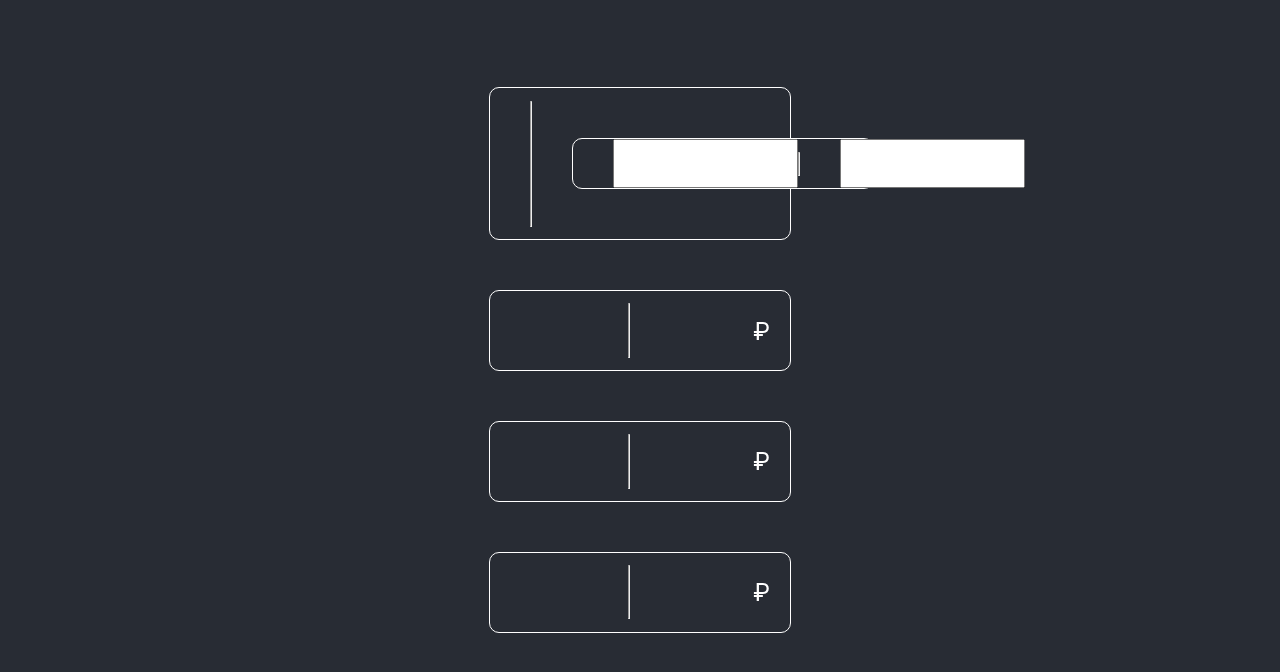
Repository: bandikost/capers
Page: /main
These files come from the project's save history. The page is drawn as it stood at one moment and after the next save; the edit follows.
The browser window is 1280 px wide. The pictures show the whole page.
The page's requests for data from a server got no answer. The project was rebuilt for these pictures with package versions that can differ from the ones it lists, and the page was loaded fresh each time. No one was signed in, and anything a server would have sent is missing.

Above is the page before, as saved 2023-04-10 12:52:09.

### src/App.js
import logo from './logo.svg';
import './App.css';
import { BrowserRouter, Routes, Route } from "react-router-dom";
import Main from './components/Main';



function App() {
  return (
    <div className="App">
      <header className="App-header">
      <BrowserRouter >
        <Routes>
            <Route path='/main' element={<Main />}/>

        </Routes>
      </BrowserRouter>
      </header>
    </div>
  );
}

export default App;

### src/App.css
.App {
  text-align: center;
}

.App-logo {
  height: 40vmin;
  pointer-events: none;
}


.App-header {
  background-color: #282c34;
  min-height: 100vh;
  display: flex;
  flex-direction: column;
  align-items: center;
  justify-content: center;
  font-size: calc(10px + 2vmin);
  color: white;
}

.App-link {
  color: #61dafb;
}


.table {
  height: auto;
  margin: 0 auto 0;
}

.cell {
  border: 1px solid white;
  border-radius: 10px;
  width: 300px;
  margin: 50px 0px;
  display: flex;
  justify-content: space-between;
}

.cell p {
  padding: 0 20px;
}

### src/components/Main.jsx
import React, { useState, useEffect } from "react";
import firebase from "../firebase";
import UserInput from "./UserInput";

export const Main = () => {
  const [name, setName] = useState({});
  const [balance, setbalance] = useState({});

  useEffect(() => {
    const balanceRef = firebase.database().ref("balance");
    balanceRef.on("value", (snapshot) => {
      const data = snapshot.val();
      setbalance(data);
    });

    const nameRef = firebase.database().ref("name");
    nameRef.on("value", (snapshot) => {
      const data = snapshot.val();
      setName(data);
    });
  }, []);

  const getHighestBalanceUser = () => {
    const users = Object.keys(balance);
    let highestBalance = -Infinity;
    let highestBalanceUser = "";
    users.forEach((user) => {
      if (balance[user] > highestBalance) {
        highestBalance = balance[user];
        highestBalanceUser = user;
      }
    });
    return highestBalanceUser;
  };

  return (
    <div className="table">
      <div className="cell">
        <p>{name.user1}</p>
        <hr />
        <p>{balance.user1}</p>
        <UserInput userId="user1" name={name.user1} balance={balance.user1} />
      </div>
      <div className="cell">
        <p>{name.user2}</p>
        <hr />
        <p>{balance.user2}<span style={{marginLeft: "5px"}}>₽</span></p>
      </div>
      <div className="cell">
        <p>{name.user3}</p>
        <hr />
        <p>{balance.user3}<span style={{marginLeft: "5px"}}>₽</span></p>
      </div>
      <div className="cell">
        <p>{name.user4}</p>
        <hr />
        <p>{balance.user4}<span style={{marginLeft: "5px"}}>₽</span></p>

        </div>
        </div>

  )
}
  export default Main;

### src/firebase.js

import "firebase/database";
import firebase from "firebase/compat/app";
import "firebase/compat/database";
import { getAuth } from "firebase/auth";
import { getFirestore } from "firebase/firestore";
import { getStorage, ref } from "firebase/storage";


const firebaseConfig = {
    apiKey: "AIzaSyBp1x8lQCSbuPwbK_sXJ7eGkGpN9c7ONY8",
    authDomain: "capers-a3171.firebaseapp.com",
    databaseURL: "https://capers-a3171-default-rtdb.europe-west1.firebasedatabase.app",
    projectId: "capers-a3171",
    storageBucket: "capers-a3171.appspot.com",
    messagingSenderId: "794243042023",
    appId: "1:794243042023:web:668504b8bdcbe9b7c63042",
    measurementId: "G-7YW48MQCSP"
  };

firebase.initializeApp(firebaseConfig);

export const auth = getAuth();
export const storage = getStorage()
export const db = getFirestore();
export default firebase;

### src/components/UserInput.js
import React, { useState } from "react";

const UserInput = ({ user, name, balance, onChange }) => {
  const [inputName, setInputName] = useState(name);
  const [inputBalance, setInputBalance] = useState(balance);

  const handleNameChange = (e) => {
    setInputName(e.target.value);
  };

  const handleBalanceChange = (e) => {
    setInputBalance(e.target.value);
  };

  return (
    <div className="cell">
      <p>{inputName}</p>
      <input type="text" value={inputName} onChange={handleNameChange} />
      <hr />
      <p>{inputBalance}</p>
      <input type="number" value={inputBalance} onChange={handleBalanceChange} />
    </div>
  );
};

export default UserInput;

Loaded but not shown: public/index.html (common file); src/index.js (common file); src/index.css (common file); src/reportWebVitals.js (common file)

After the next save:
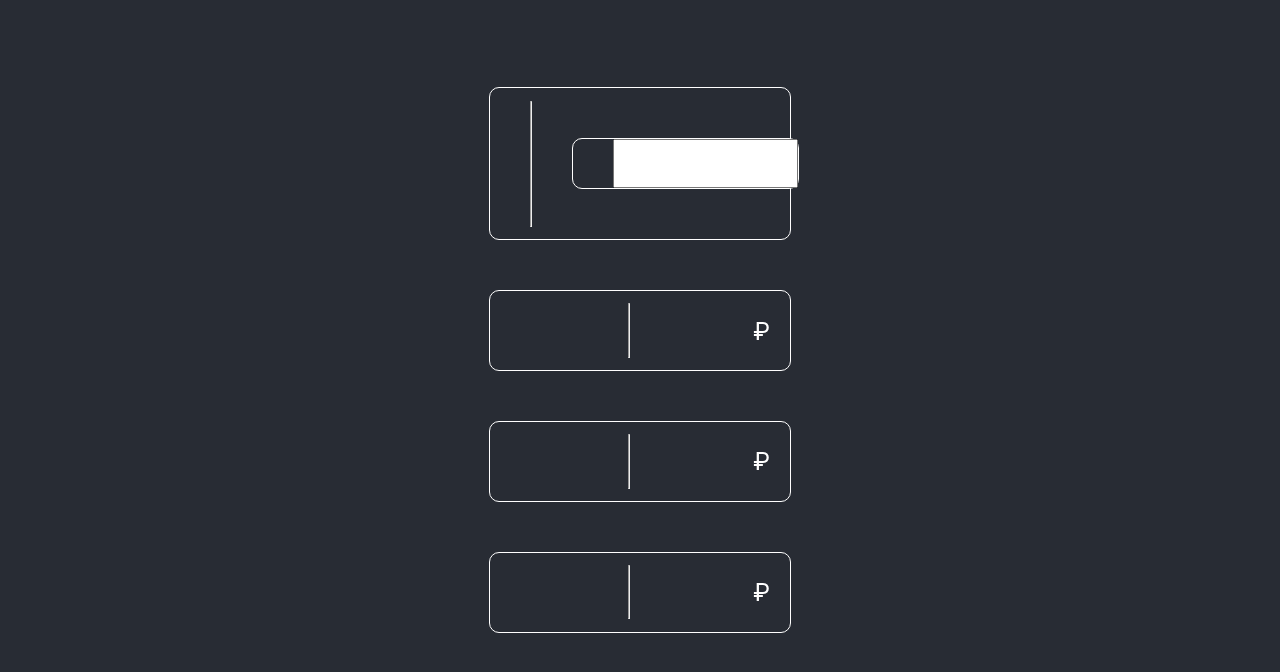
Saved 17 s later.
--- a/src/components/UserInput.js
+++ b/src/components/UserInput.js
@@ -14,9 +14,6 @@ const UserInput = ({ user, name, balance, onChange }) => {
 
   return (
     <div className="cell">
-      <p>{inputName}</p>
-      <input type="text" value={inputName} onChange={handleNameChange} />
-      <hr />
       <p>{inputBalance}</p>
       <input type="number" value={inputBalance} onChange={handleBalanceChange} />
     </div>
